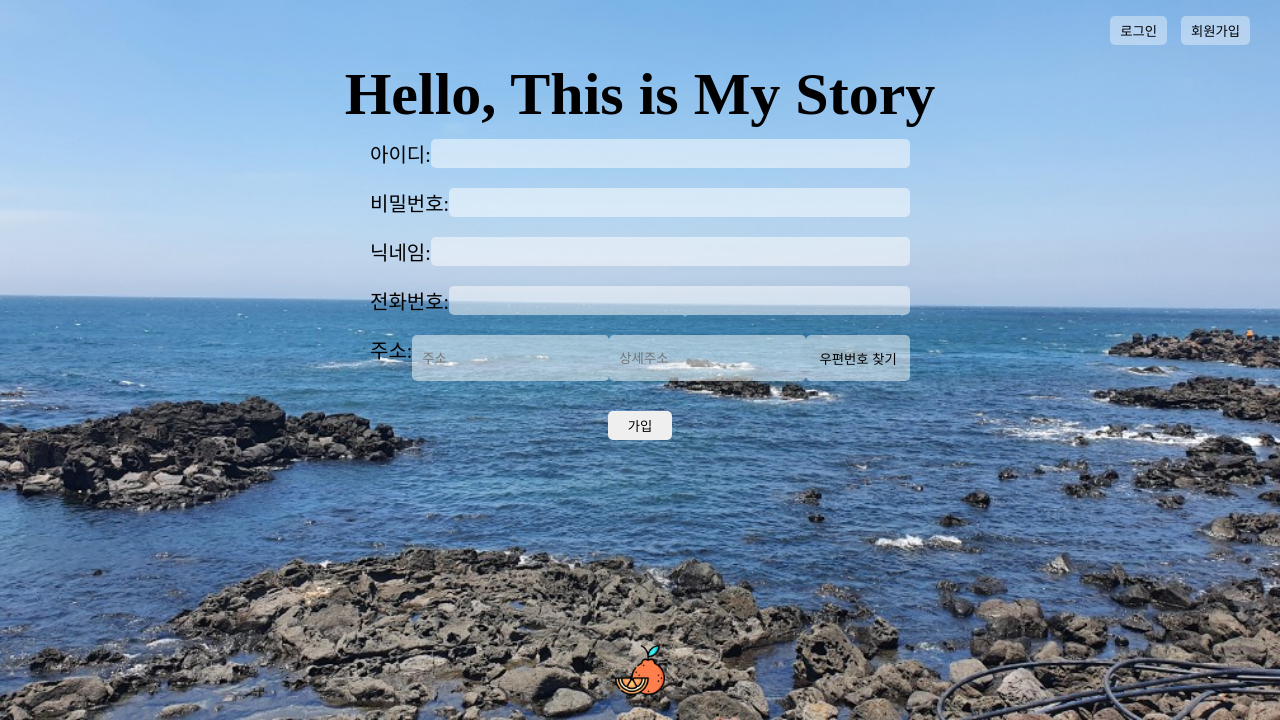
Repository: jeeniii/test2022_12_29
Page: http://localhost/portfolio/mem/join
These files come from the project's save history. The page is drawn as it stood at one moment and after the next save; the edit follows.
The browser window is 1280 px wide. The pictures show the whole page.
The page is served by Tomcat 9. Other server files are loaded and not shown.

Above is the page before, as saved 2022-12-13 08:12:46.

### JSP_Portfolio/portfolio/src/main/webapp/member/join.jsp
<%@ page language="java" contentType="text/html; charset=UTF-8"
    pageEncoding="UTF-8"%>
<!DOCTYPE html>
<html>
<head>
<meta charset="UTF-8">
<title>Insert title here</title>
<link rel="stylesheet" href="/resources/css/join.css" type="text/css">
<%@ include file="/header.jsp" %>
</head>
<body>
	<form action="/mem/register" method="post">
		<div class="j_put">
		<span>
			아이디:
		</span>
			 <input type="text" name="id" > <br>
		</div>
		<div class="j_put">
			<span>
				비밀번호:
			</span>
				 <input type="password" name="pwd"> <br>
		</div>
		<div class="j_put">
			<span>
				닉네임:
			</span>
				 <input type="text" name="nick_name"> <br>
		</div>
		<div class="j_put">
			<span>
				전화번호:
			</span>
				 <input type="text" name="phone" oninput="hypenTel(this)" maxlength="13"> <br>
		</div>
		<div class="j_put">
		<span>
			주소:
		</span>
				<input type="hidden" id="sample6_postcode" placeholder="우편번호"><br>
				<input type="text" name="addr1" id="sample6_address" placeholder="주소">
				<input type="text" name="addr2" id="sample6_detailAddress" placeholder="상세주소">
				<input type="button" onclick="sample6_execDaumPostcode()" value="우편번호 찾기">
				<input type="hidden" id="sample6_extraAddress" placeholder="참고항목"> <br><br>
		</div>
		<div class="btndiv">
			<button type="submit" class="joinBtn">가입</button>
		</div>
	</form>
<section>
</section>
<script src="//t1.daumcdn.net/mapjsapi/bundle/postcode/prod/postcode.v2.js"></script>
<script type="text/javascript">


const hypenTel = (target) => {
	 target.value = target.value
	   .replace(/[^0-9]/g, '')
	   .replace(/^(\d{2,3})(\d{3,4})(\d{4})$/, `$1-$2-$3`);
}

function sample6_execDaumPostcode() {
    new daum.Postcode({
        oncomplete: function(data) {
            var addr = '';
            var extraAddr = '';

            if (data.userSelectedType === 'R') {
                addr = data.roadAddress;
            } else {
                addr = data.jibunAddress;
            }

            if(data.userSelectedType === 'R'){
                if(data.bname !== '' && /[동|로|가]$/g.test(data.bname)){
                    extraAddr += data.bname;
                }
                if(data.buildingName !== '' && data.apartment === 'Y'){
                    extraAddr += (extraAddr !== '' ? ', ' + data.buildingName : data.buildingName);
                }
                if(extraAddr !== ''){
                    extraAddr = ' (' + extraAddr + ')';
                }
                document.getElementById("sample6_extraAddress").value = extraAddr;

            } else {
                document.getElementById("sample6_extraAddress").value = '';
            }

            document.getElementById('sample6_postcode').value = data.zonecode;
            document.getElementById("sample6_address").value = addr;
            document.getElementById("sample6_detailAddress").focus();
        }
    }).open();
}
</script>
<%@ include file="/footer.jsp" %>
</body>
</html>

### JSP_Portfolio/portfolio/src/main/webapp/header.jsp
<%@ page language="java" contentType="text/html; charset=UTF-8"
    pageEncoding="UTF-8"%>
    <%@ taglib uri="http://java.sun.com/jsp/jstl/core" prefix="c" %>
<!DOCTYPE html>
<html>
<head>
<meta charset="UTF-8">

<link rel="stylesheet" href="/resources/css/header.css" type="text/css">
</head>
<body>
	<header>
		<div class="realHeader">
			<div class="headbar">
				<ul>

					<c:if test="${ses.id ne null }">
						<li>
							${ses.nick_name }님
						</li>
						<li>
							<a href="/mem/logout?id=${ses.id }"><button type="button">로그아웃</button></a>
						</li>
						<li>
							<a href="/mem/modify?id=${ses.id }"><button type="button">회원정보수정</button></a>
						</li>
					</c:if>

					<c:if test="${ses.id eq null }">
						<li>
							<a href="/mem/login"><button type="button">로그인</button></a>
						</li>
						<li>
							<a href="/mem/join"><button type="button"> 회원가입</button></a>
						</li>
					</c:if>
				</ul>
			</div>
		</div>
		<div class="topic">
			<h1>Hello, This is My Story</h1>
		</div>
	</header>
</body>
</html>

### JSP_Portfolio/portfolio/src/main/webapp/footer.jsp
<%@ page language="java" contentType="text/html; charset=UTF-8"
    pageEncoding="UTF-8"%>
    <%@ taglib uri="http://java.sun.com/jsp/jstl/core" prefix="c" %>
<!DOCTYPE html>
<html>
<head>
<meta charset="UTF-8">
<title>Insert title here</title>
<link rel="stylesheet" href="/resources/css/footer.css" type="text/css">
</head>
<body>
<footer>
		<a href="/" id="hanlabtn"><button type="button"><img src="/resources/한라봉.png" id="hanlabong"></button></a>
</footer>
</body>
</html>

### JSP_Portfolio/portfolio/src/main/java/controller/MemberController.java
package controller;

import java.io.IOException;
import java.util.List;

import javax.servlet.RequestDispatcher;
import javax.servlet.ServletException;
import javax.servlet.annotation.WebServlet;
import javax.servlet.http.HttpServlet;
import javax.servlet.http.HttpServletRequest;
import javax.servlet.http.HttpServletResponse;
import javax.servlet.http.HttpSession;

import org.slf4j.Logger;
import org.slf4j.LoggerFactory;

import domain.MemberVO;
import service.MemberService;
import service.MemberServiceImpl;

@WebServlet("/mem/*")
public class MemberController extends HttpServlet {
	private static final long serialVersionUID = 1L;
	private Logger log=LoggerFactory.getLogger(MemberController.class);
    private MemberService msv;
    private RequestDispatcher rdp;
    private String destPage;
    private int isOk;

    public MemberController() {
    	msv=new MemberServiceImpl();
    }

	protected void service(HttpServletRequest req, HttpServletResponse res) throws ServletException, IOException {
		req.setCharacterEncoding("utf-8");
		res.setCharacterEncoding("utf-8");
		res.setContentType("text/html; charset=utf-8");

		String uri=req.getRequestURI();
		String path=uri.substring(uri.lastIndexOf("/")+1);
		log.info("uri>> "+uri);
		log.info("path>> "+path);

		switch(path) {
		case "login":
			destPage="/member/login.jsp";
			break;

		case "join":
			destPage="/member/join.jsp";

			break;

		case "register":
			try {
				log.info("register check1");
				MemberVO mvo=new MemberVO(
						req.getParameter("id"),
						req.getParameter("pwd"),
						req.getParameter("nick_name"),
						req.getParameter("phone"),
						req.getParameter("addr1")+req.getParameter("addr2"));
				System.out.println(mvo.getId()=="");
				System.out.println(mvo.getPwd()=="");
				System.out.println(mvo.getNick_name()=="");
				System.out.println(mvo.getPhone()=="");
				if(
						mvo.getId()==""||
						mvo.getPwd()==""||
						mvo.getNick_name()==""||
						mvo.getPhone()=="") {
					log.info("Resend check");
					req.setAttribute("msg_register", false);
					//res.sendRedirect("/");
					destPage="/";
					//return;
				}else {
					isOk=msv.register(new MemberVO(
							req.getParameter("id"),
							req.getParameter("pwd"),
							req.getParameter("nick_name"),
							req.getParameter("phone"),
							req.getParameter("addr1").concat(", ").concat(req.getParameter("addr2"))));
					//concate으로 addr1과 addr2를 이어 붙이면서 그 가운데에 ", "도 더해준다.
					if(isOk>0) {
						req.setAttribute("msg_register", true);
					}
					log.info("register check4");
					destPage="/";
				}
			} catch (Exception e) {
				log.info("register error");
				e.printStackTrace();
			}
			break;

		case "login_auth": //실제 로그인이 일어나는 케이스
			try {
				MemberVO mvo=msv.login(new MemberVO(req.getParameter("id"),req.getParameter("pwd")));
				log.info("login check");
				if(mvo != null) {
					//세션 가져오기. 연결된 세션이 없다면 새로 생성
					HttpSession ses=req.getSession();
					//ses로 mvo를 바인딩
					ses.setAttribute("ses", mvo);
					ses.setMaxInactiveInterval(10*60);
					req.setAttribute("msg_login", true);
				}else {
					req.setAttribute("msg_login", false);
				}
				destPage="/";
			} catch (Exception e) {
				log.info("login_auth error");
				e.printStackTrace();
			}
			break;

		case "logout":
			try {
				HttpSession ses=req.getSession();
				ses.invalidate(); //무효화하다
				//로그인 정보 id를 주고 로그인 시간 update
				isOk=msv.lastLogin(req.getParameter("id"));
				log.info("check1");
				log.info("logout>> :"+(isOk>0?"Ok":"Fail"));
				destPage="/";
			} catch (Exception e) {
				log.info("logout error");
				e.printStackTrace();
			}
			break;

		case "list":
			try {
				log.info("list 1");
				List<MemberVO> list=msv.getList();
				req.setAttribute("list", list);
				log.info("list 4");
				destPage="/member/list.jsp";
			} catch (Exception e) {
				log.info("list error");
				e.printStackTrace();
			}
			break;

		case "modify":
			try {
				log.info("modify1");
				String id=req.getParameter("id");
				MemberVO mvo=msv.modify(id);
				req.setAttribute("mvo", mvo);
				log.info("modify4");
				destPage="/member/modify.jsp";
			} catch (Exception e) {
				log.info("modify error");
				e.printStackTrace();
			}
			break;

		case "update":
			try {
				log.info("update1");
				String id=req.getParameter("id");
				String pwd=req.getParameter("pwd");
				String nick_name=req.getParameter("nick_name");
				String phone=req.getParameter("phone");
				String addr=req.getParameter("addr1").concat(", ").concat(req.getParameter("addr2"));
				MemberVO mvo=new MemberVO(id,pwd,nick_name,phone,addr);
				isOk=msv.update(mvo);
				log.info("update4");
				if(isOk>0) {
					HttpSession ses=req.getSession();
					ses.setAttribute("ses", mvo);
					ses.setMaxInactiveInterval(10*60);
				}else {
					req.setAttribute("msg_update", 0);
				}
				log.info("controller update> "+(isOk>0?"ok":"fail"));
				destPage="/";
			} catch (Exception e) {
				log.info("update error");
				e.printStackTrace();
			}
			break;

		case "remove":
			try {
				log.info("remove1");
				String id=req.getParameter("id");
				HttpSession ses=req.getSession();
				ses.invalidate();
				isOk=msv.remove(id);
				destPage="/";
				log.info("remove4");
			} catch (Exception e) {
				log.info("remove error");
				e.printStackTrace();
				break;

			}
		default:
			break;
		}

		rdp=req.getRequestDispatcher(destPage);
		rdp.forward(req, res);
	}

	protected void doGet(HttpServletRequest request, HttpServletResponse response) throws ServletException, IOException {
		service(request, response);
	}

	protected void doPost(HttpServletRequest request, HttpServletResponse response) throws ServletException, IOException {
		service(request, response);
	}

}

### JSP_Portfolio/portfolio/src/main/java/service/MemberServiceImpl.java
package service;

import java.util.List;

import org.slf4j.Logger;
import org.slf4j.LoggerFactory;

import domain.MemberVO;
import repository.MemberDAO;
import repository.MemberDAOImpl;

public class MemberServiceImpl implements MemberService {
	private static final Logger log=LoggerFactory.getLogger(MemberServiceImpl.class);
	private MemberDAO mdao;

	public MemberServiceImpl() {
		mdao=new MemberDAOImpl();
	}

	@Override
	public int register(MemberVO mvo) {
		log.info("register check2");
		return mdao.insert(mvo);
	}

	@Override
	public MemberVO login(MemberVO mvo) {
		log.info("login check2");
		return mdao.selectOne(mvo);
	}

	@Override
	public int lastLogin(String id) {
		log.info("logout check2");
		return mdao.update(id);
	}

	@Override
	public List<MemberVO> getList() {
		log.info("list check2");
		return mdao.seletList();
	}

	@Override
	public MemberVO modify(String id) {
		log.info("modify check2");
		return mdao.modify(id);
	}

	@Override
	public int update(MemberVO mvo) {
		log.info("update check2");
		return mdao.update(mvo);
	}

	@Override
	public int remove(String id) {
		log.info("remove2");
		return mdao.delete(id);
	}

}

### JSP_Portfolio/portfolio/src/main/java/repository/MemberDAO.java
package repository;

import java.util.List;

import domain.MemberVO;

public interface MemberDAO {

	int insert(MemberVO mvo);

	MemberVO selectOne(MemberVO mvo);

	int update(String id);

	List<MemberVO> seletList();

	MemberVO modify(String id);

	int update(MemberVO mvo);

	int delete(String id);

}

### JSP_Portfolio/portfolio/src/main/java/repository/MemberDAOImpl.java
package repository;


import java.util.List;

import org.apache.ibatis.session.SqlSession;
import org.slf4j.Logger;
import org.slf4j.LoggerFactory;

import domain.MemberVO;
import orm.DataBaseBuilder;

public class MemberDAOImpl implements MemberDAO {
	private static final Logger log=LoggerFactory.getLogger(MemberDAOImpl.class);
	private SqlSession sql;
	private final String NS="MemberMapper.";

	public MemberDAOImpl() {
		new DataBaseBuilder();
		sql=DataBaseBuilder.getFactory().openSession();
	}

	@Override
	public int insert(MemberVO mvo) {
		log.info("check");
		int isOk=sql.insert(NS+"add",mvo);
		if(isOk>0) {
			sql.commit();
		}
		log.info("register check3");
		return isOk;
	}

	@Override
	public MemberVO selectOne(MemberVO mvo) {
		log.info("login check3");
		return sql.selectOne(NS+"login",mvo);
	}

	@Override
	public int update(String id) {
		int isOk=sql.update(NS+"last",id);
		if(isOk>0) {
			sql.commit();
		}
		log.info("logout check3");
		return isOk;
	}

	@Override
	public List<MemberVO> seletList() {
		log.info("list check3");
		return sql.selectList(NS+"list");
	}

	@Override
	public MemberVO modify(String id) {
		log.info("modify check3");
		return sql.selectOne(NS+"modify",id);
	}

	@Override
	public int update(MemberVO mvo) {
		int isOk=sql.update(NS+"update",mvo);
		if(isOk>0) {
			sql.commit();
		}
		log.info("update check3");
		return isOk;
	}

	@Override
	public int delete(String id) {
		log.info("remove3");
		int isOk=sql.delete(NS+"delete",id);
		if(isOk>0) {
			sql.commit();
		}
		return isOk;
	}

}

### JSP_Portfolio/portfolio/src/main/java/orm/DataBaseBuilder.java
package orm;

import org.apache.ibatis.io.Resources;
import org.apache.ibatis.session.SqlSessionFactory;
import org.apache.ibatis.session.SqlSessionFactoryBuilder;

public class DataBaseBuilder {
	private static SqlSessionFactory factory;

	static {
		try {
			factory=new SqlSessionFactoryBuilder().build(Resources.getResourceAsReader("orm/MybatisConfig.xml"));
		} catch (Exception e) {
			System.out.println("mybatis error");
			e.printStackTrace();
		}
	}
	public static SqlSessionFactory getFactory() {
		return factory;
	}

}

### JSP_Portfolio/portfolio/src/main/java/domain/MemberVO.java
package domain;

public class MemberVO {
	/*create table member3 (
	id varchar(100) not null,
	pwd varchar(100) not null,
	nick_name varchar(100) not null,
	reg_at datetime default current_timestamp,
	last_login datetime not null,
	primary key(id));*/
	private String id;
	private String pwd;
	private String nick_name;
	private String phone;
	private String addr;
	private String reg_at;
	private String last_login;

	public MemberVO() {}

	//login(id,pwd)
	public MemberVO(String id,String pwd) {
		this.id=id;
		this.pwd=pwd;
	}
	//join,modify(id,pwd,nick_name)
	public MemberVO(String id,String pwd,String nick_name,String phone,String addr) {
		this.id=id;
		this.pwd=pwd;
		this.nick_name=nick_name;
		this.phone=phone;
		this.addr=addr;
	}
	//list(all)
	public MemberVO(String id,String pwd,String nick_name,String phone,String addr,String reg_at,String last_login) {
		this.id=id;
		this.pwd=pwd;
		this.nick_name=nick_name;
		this.phone=phone;
		this.addr=addr;
		this.reg_at=reg_at;
		this.last_login=last_login;
	}

	public String getId() {
		return id;
	}

	public void setId(String id) {
		this.id = id;
	}

	public String getPwd() {
		return pwd;
	}

	public void setPwd(String pwd) {
		this.pwd = pwd;
	}

	public String getNick_name() {
		return nick_name;
	}

	public void setNick_name(String nick_name) {
		this.nick_name = nick_name;
	}

	public String getReg_at() {
		return reg_at;
	}

	public void setReg_at(String reg_at) {
		this.reg_at = reg_at;
	}

	public String getLast_login() {
		return last_login;
	}

	public void setLast_login(String last_login) {
		this.last_login = last_login;
	}

	public String getPhone() {
		return phone;
	}

	public void setPhone(String phone) {
		this.phone = phone;
	}

	public String getAddr() {
		return addr;
	}

	public void setAddr(String addr) {
		this.addr = addr;
	}

}

### JSP_Portfolio/portfolio/src/main/java/domain/BoardVO.java
package domain;

public class BoardVO {
	private int bno;
	private String title;
	private String writer;
	private String content;
	private String reg_date;
	private int read_count;
	private String image_file;

	public BoardVO() {}

	//insert(title,writer,content)
	public BoardVO(String title,String writer,String content) {
		this.title=title;
		this.writer=writer;
		this.content=content;
	}
	//list(bno,title,writer,reg_date,read_count)
	public BoardVO(int bno,String title,String writer,String reg_date,int read_count) {
		this.bno=bno;
		this.title=title;
		this.writer=writer;
		this.reg_date=reg_date;
		this.read_count=read_count;
	}
	//update(bno,title,content)
	public BoardVO(int bno,String title,String content) {
		this.bno=bno;
		this.title=title;
		this.content=content;
	}
	//count(bno,read_count)
	public BoardVO(int bno,int read_count) {
		this.bno=bno;
		this.read_count=read_count;
	}

	public int getBno() {
		return bno;
	}

	public void setBno(int bno) {
		this.bno = bno;
	}

	public String getTitle() {
		return title;
	}

	public void setTitle(String title) {
		this.title = title;
	}

	public String getWriter() {
		return writer;
	}

	public void setWriter(String writer) {
		this.writer = writer;
	}

	public String getContent() {
		return content;
	}

	public void setContent(String content) {
		this.content = content;
	}

	public String getReg_date() {
		return reg_date;
	}

	public void setReg_date(String reg_date) {
		this.reg_date = reg_date;
	}

	public int getRead_count() {
		return read_count;
	}

	public void setRead_count(int read_count) {
		this.read_count = read_count;
	}

	public String getImage_file() {
		return image_file;
	}

	public void setImage_file(String image_file) {
		this.image_file = image_file;
	}

}

### JSP_Portfolio/portfolio/src/main/java/domain/PagingVO.java
package domain;

public class PagingVO {
	private int pageNo;
	private int qty;

	public PagingVO() {
		this(1,5);
	}

	public PagingVO(int pageNo,int qty) {
		this.pageNo=pageNo;
		this.qty=qty;
	}

	public int getPageStart() {
		return (this.pageNo-1)*qty;
	}

	public void setPageNo(int pageNo) {
		this.pageNo = pageNo;
	}

	public int getQty() {
		return qty;
	}

	public void setQty(int qty) {
		this.qty = qty;
	}

	public int getPageNo() {
		return pageNo;
	}

}

### JSP_Portfolio/portfolio/src/main/webapp/resources/css/join.css
@charset "UTF-8";
form{
	width:580px;
	margin: 0 auto;
	padding: 0px;
}
.j_put{
	font-size:20px;
	display: inline-flex;
	width: 100%;
	padding: 10px 20px;
}
.j_put>input{
	flex: 1 1 0%;
	border: 0px;
	padding: 5px 10px;
	border-radius: 5px;
	background-color: rgba(255, 255, 255, 0.503);
}
button[type="submit"]{
	border-radius: 5px;
	border: none;
	padding: 5px 20px;
}
.btndiv{
	margin-top:20px;
	width: 100%;
	display: flex;
	justify-content: center;
}
section{
	min-height: 200px;
}

### JSP_Portfolio/portfolio/src/main/webapp/resources/css/header.css
@charset "UTF-8";
* {
    margin: 0;
    padding: 0;
    box-sizing: border-box;
}
body{
	width:100%;
	height:100%;
	background-image: url("/resources/제주 바다.jpg");
	background-repeat: no-repeat;
	background-size: cover;
}
.topic{
	text-align: center;
	font-size: 30px;
}
.realHeader{
	height: 60px;
}
.headbar{
	display: flex;
	align-items: center;
	float: right;
	padding: 0px 30px;
	height: 60px;
}
.headbar>ul{
    list-style-type: none;
}
.headbar>ul>li{
	display: inline;;
	margin-left: 10px;
	line-height: 30px;
	vertical-align: middle;
}
.headbar>ul>li>a{
	font-size: 20px;
	font-weight: 700px;
	color: black;
    text-decoration-line:none ;
}
button[type="button"]{
	border: 0px;
	padding: 5px 10px;
	border-radius: 5px;
	background-color: rgba(255, 255, 255, 0.377);
}

### JSP_Portfolio/portfolio/src/main/webapp/resources/css/footer.css
@charset "UTF-8";
#hanlabong{
    width: 50px;
    height: 50px;
}

#hanlabtn{
	background-color: transparent;
	border:none;
	cursor: pointer;
}
#hanlabtn button{
	background-color: transparent;
	border:none;
	cursor: pointer;

}
#hanlabtn:hover{
	transform:scale(1.5);
  	transition: transform .5s;
}
footer{
	width: 100%;
	display: flex;
	justify-content: center;
}

After the next save:
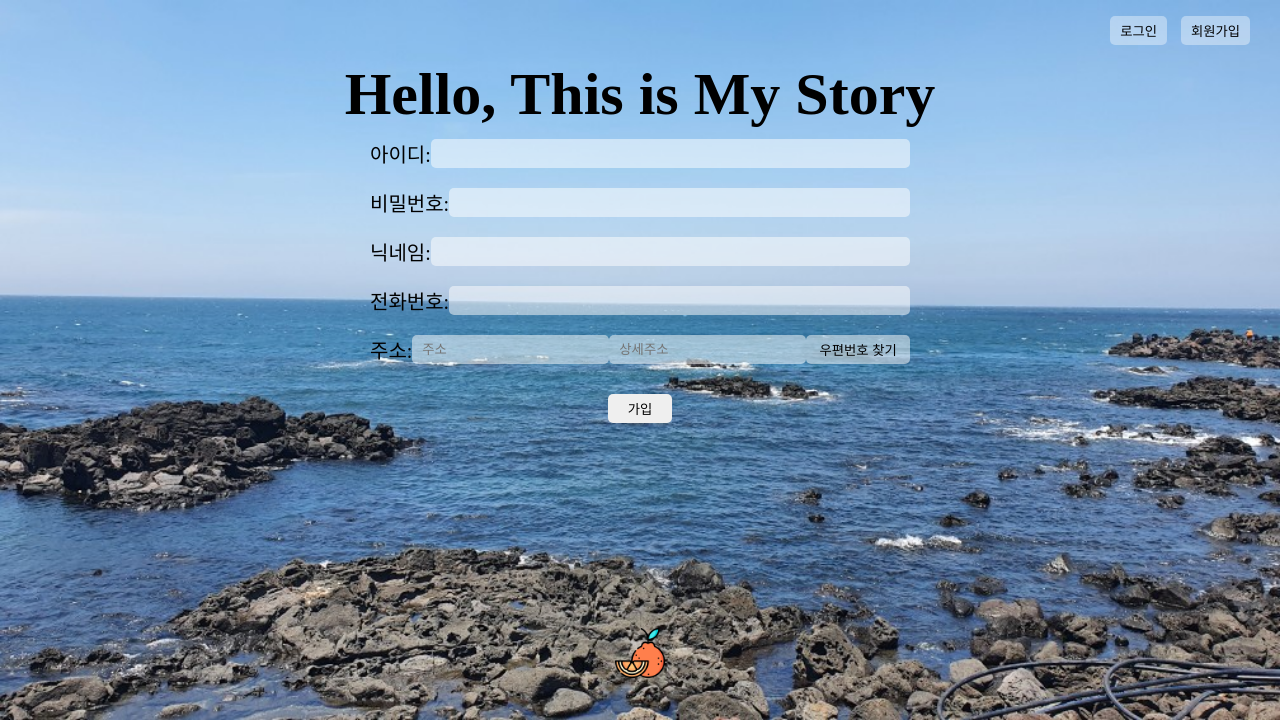
Saved 2 min 39 s later.
--- a/JSP_Portfolio/portfolio/src/main/webapp/member/join.jsp
+++ b/JSP_Portfolio/portfolio/src/main/webapp/member/join.jsp
@@ -14,35 +14,35 @@
 		<span>
 			아이디:
 		</span>
-			 <input type="text" name="id" > <br>
+			 <input type="text" name="id" >
 		</div>
 		<div class="j_put">
 			<span>
 				비밀번호:
 			</span>
-				 <input type="password" name="pwd"> <br>
+				 <input type="password" name="pwd">
 		</div>
 		<div class="j_put">
 			<span>
 				닉네임:
 			</span>
-				 <input type="text" name="nick_name"> <br>
+				 <input type="text" name="nick_name">
 		</div>
 		<div class="j_put">
 			<span>
 				전화번호:
 			</span>
-				 <input type="text" name="phone" oninput="hypenTel(this)" maxlength="13"> <br>
+				 <input type="text" name="phone" oninput="hypenTel(this)" maxlength="13">
 		</div>
 		<div class="j_put">
 		<span>
 			주소:
 		</span>
-				<input type="hidden" id="sample6_postcode" placeholder="우편번호"><br>
+				<input type="hidden" id="sample6_postcode" placeholder="우편번호">
 				<input type="text" name="addr1" id="sample6_address" placeholder="주소">
 				<input type="text" name="addr2" id="sample6_detailAddress" placeholder="상세주소">
 				<input type="button" onclick="sample6_execDaumPostcode()" value="우편번호 찾기">
-				<input type="hidden" id="sample6_extraAddress" placeholder="참고항목"> <br><br>
+				<input type="hidden" id="sample6_extraAddress" placeholder="참고항목">
 		</div>
 		<div class="btndiv">
 			<button type="submit" class="joinBtn">가입</button>
